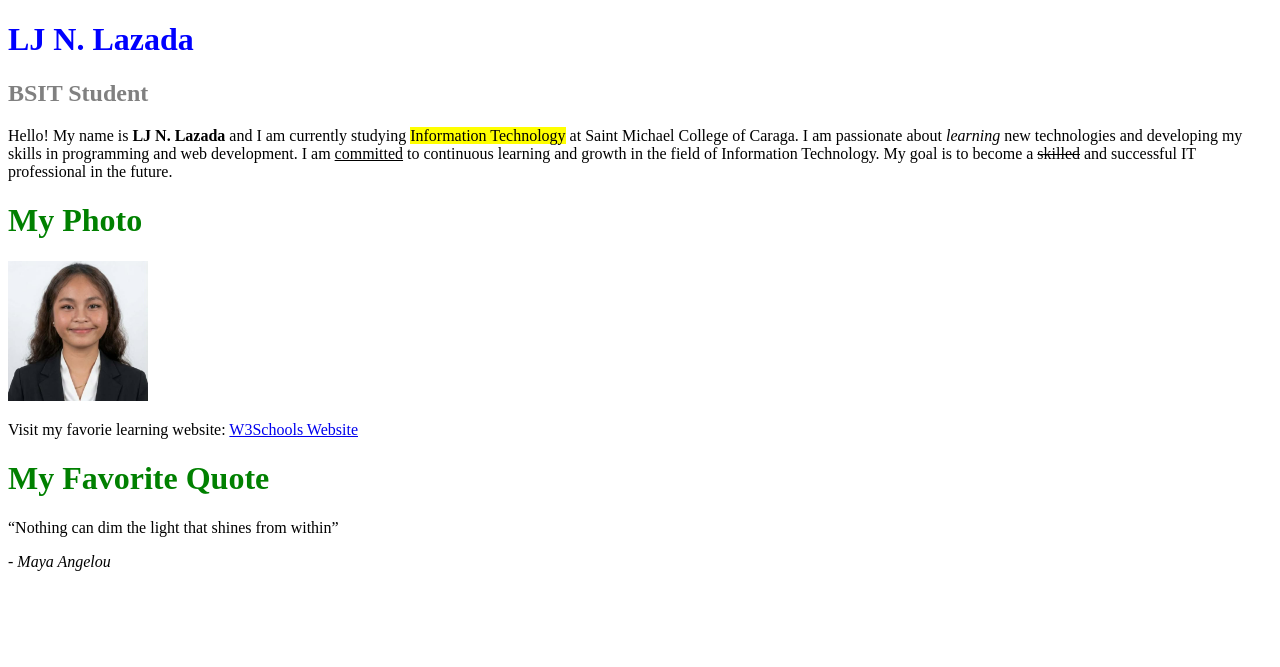
Repository: ljlazada11/myfirsthtml
Page: index.html
The author's editor kept a copy of each file at every save. The page is drawn from the files as they stood at one save, then again after the next save.
The browser window is 1280 px wide. The pictures show the whole page.

Above is the page before, as saved 2026-06-24 19:49:00.

### index.html
<!DOCTYPE html>
<html lang="en">
<head>
    <meta charset="UTF-8">
    <meta name="viewport" content="width=device-width, initial-scale=1.0">
    <title>My Personal Web Profile</title>
    <link rel="icon" type="image/x-icon" href="images.png">

</head>
<body>
    <h1 style="color:blue;">LJ N. Lazada</h1>
    <h2 style="color:gray;">BSIT Student</h2>
    <p>Hello! My name is <strong>LJ N. Lazada</strong> and I am currently studying <mark>Information Technology</mark> at Saint Michael College of Caraga. I am passionate about <i>learning</i> new technologies and developing my skills in programming and web development. I am <ins>committed</ins> to continuous learning and growth in the field of Information Technology. My goal is to become a <del>skilled</del> and successful IT professional in the future.</p>
</body>
    <h1 style="color:green;">My Photo</h1>
    <img src="pic.jpg" alt="My	Profile	Picture" width="140" height="140">
    <p> Visit my favorie learning website: <a href="https://www.w3schools.com/html/default.asp" target="_blank">W3Schools	Website</a></p>

    <body>
    <h1 style="color:green;">My Favorite Quote</h1>
    <p><q>Nothing can dim the light that shines from within</q></p>
    <p><cite>- Maya Angelou</cite></p>
</body>
</html>

After the next save:
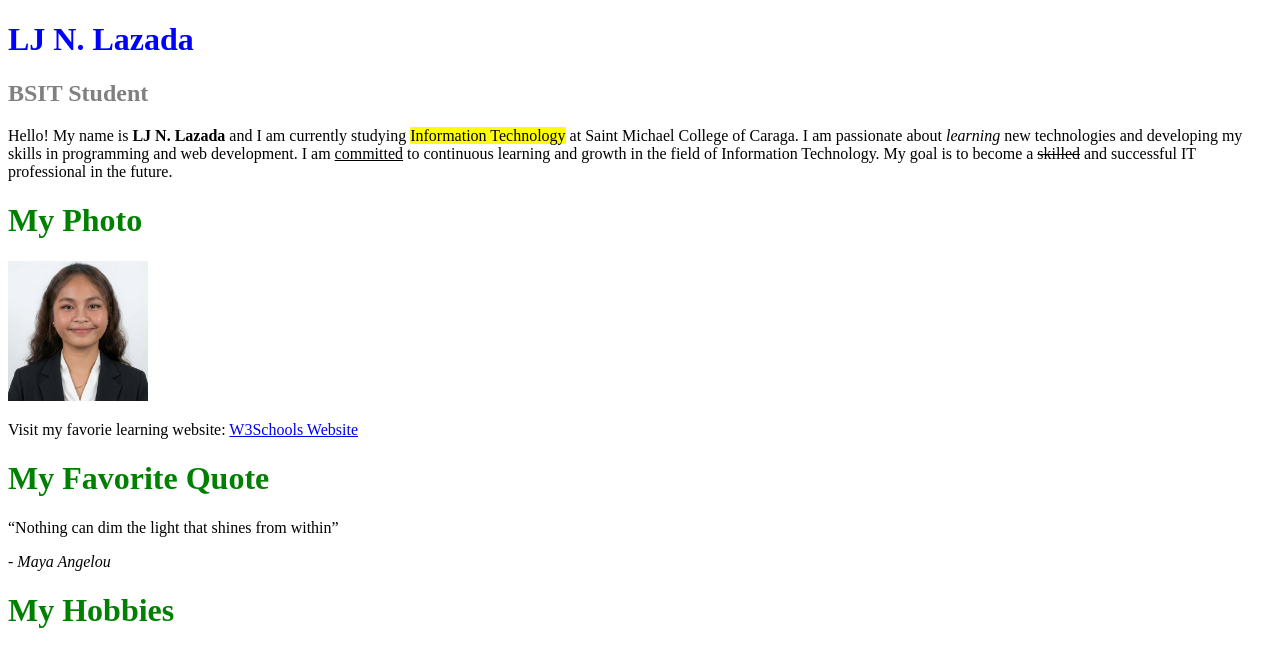
Saved 3 min 26 s later.
--- a/index.html
+++ b/index.html
@@ -16,9 +16,15 @@
     <img src="pic.jpg" alt="My	Profile	Picture" width="140" height="140">
     <p> Visit my favorie learning website: <a href="https://www.w3schools.com/html/default.asp" target="_blank">W3Schools	Website</a></p>
 
-    <body>
+<body>
     <h1 style="color:green;">My Favorite Quote</h1>
     <p><q>Nothing can dim the light that shines from within</q></p>
     <p><cite>- Maya Angelou</cite></p>
 </body>
+<body>
+    <h1 style="color:green;">My Hobbies</h1>
+
+</body>
+
+
 </html>
